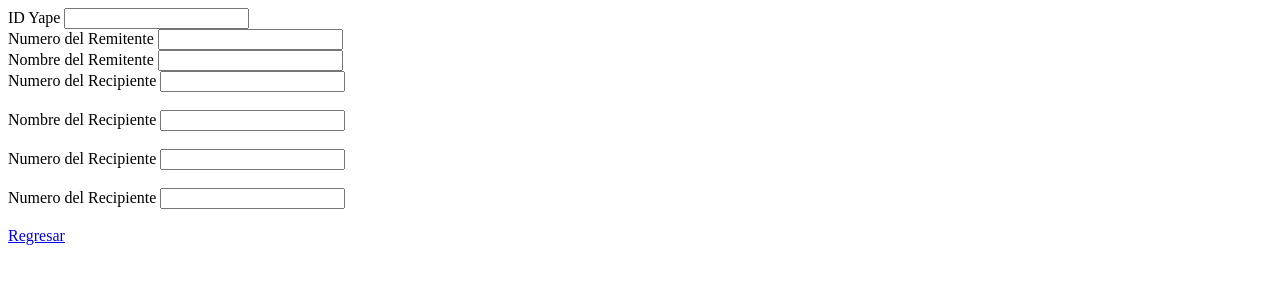
Repository: Gimblet/LP1_Proyecto_Yape
Page: http://localhost/Yape/YapeInfo.jsp
The author's editor kept a copy of each file at every save. The page is drawn from the files as they stood at one save, then again after a run of saves.
The browser window is 1280 px wide. The pictures show the whole page.
The page is served by Tomcat 9. Other server files are loaded and not shown.

Above is the page before, as saved 2024-04-20 17:31:47.

### Yape/src/main/webapp/YapeInfo.jsp
<%@page import="data.ClaseUtilitaria"%>
<%@ page language="java" contentType="text/html; charset=ISO-8859-1"
    pageEncoding="ISO-8859-1"%>
<%
	ClaseUtilitaria item = null;
	String status = "default";
	if(request.getAttribute("infoYape") != null) {
		item = (ClaseUtilitaria) request.getAttribute("infoYape");
		status = "Todo Bien Pa";
	} else {
		status = "uyuyuyuyuy";
	}
%>
<!DOCTYPE html>
<html>
<head>
<meta charset="ISO-8859-1">
<title>Informacion de Yape <%= status %></title>
</head>
<body>
	<form action="Servlet" method="post">
		<div class="form-group">
			<label class="text-secondary">ID Yape</label>
			<input class="form-control" type="text" name="txtYapeId" value="<%= (item != null)? item.getIdYape():"" %>">
		</div>
		<div class="form-group">
			<label class="text-secondary">Numero del Remitente</label>
			<input class="form-control" type="text" name="txtNumeroRemitente" value="<%= (item != null)? item.getNumeroRemitente():"" %>">
		</div>
		<div class="form-group">
			<label class="text-secondary">Nombre del Remitente</label>
			<input class="form-control" type="text" name="txtNombreRemitente" value="<%= (item != null)? item.getNombreRemitente():"" %>">
		</div>
		<div class="form-group">
			<label class="text-secondary">Numero del Recipiente</label>
			<input class="form-control" type="text" name="txtNumeroRecipiente" value="<%= (item != null)? item.getNumeroRecipiente():"" %>">
		</div>
		<br>
		<div class="form-group">
			<label class="text-secondary">Nombre del Recipiente</label>
			<input class="form-control" type="text" name="txtNombreRecipiente" value="<%= (item != null)? item.getNombreRecipiente():"" %>">
		</div>
		<br>
		<div class="form-group">
			<label class="text-secondary">Numero del Recipiente</label>
			<input class="form-control" type="text" name="txtDocente" value="<%= (item != null)? item.getNumeroRecipiente():"" %>">
		</div>
		<br>
		<div class="form-group">
			<label class="text-secondary">Numero del Recipiente</label>
			<input class="form-control" type="text" name="txtDocente" value="<%= (item != null)? item.getNumeroRecipiente():"" %>">
		</div>
		<br>
	</form>
	<a href="Servlet?type=listar" class="btn btn-primary">Regresar</a>
</body>
</html>

After the next 2 saves:
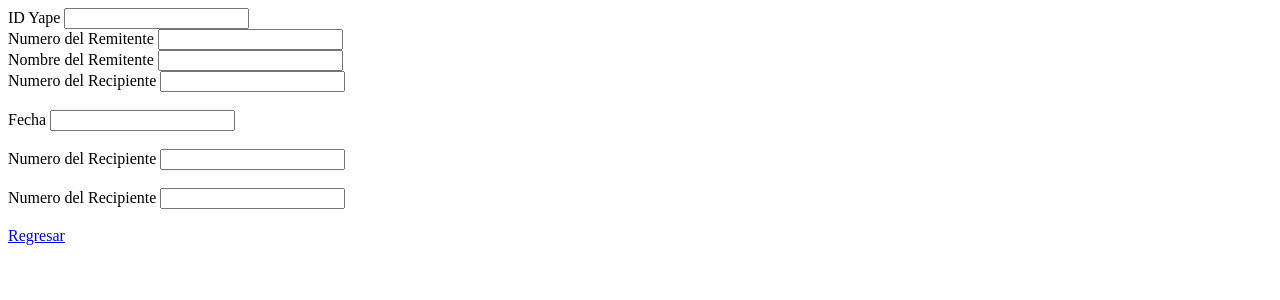
The 2 saves are shown as one change because they came seconds apart.
The last was saved 19 s later.
--- a/Yape/src/main/webapp/YapeInfo.jsp
+++ b/Yape/src/main/webapp/YapeInfo.jsp
@@ -37,8 +37,8 @@
 		</div>
 		<br>
 		<div class="form-group">
-			<label class="text-secondary">Nombre del Recipiente</label>
-			<input class="form-control" type="text" name="txtNombreRecipiente" value="<%= (item != null)? item.getNombreRecipiente():"" %>">
+			<label class="text-secondary">Fecha</label>
+			<input class="form-control" type="text" name="txtFecha" value="<%= (item != null)? item.getNombreRecipiente():"" %>">
 		</div>
 		<br>
 		<div class="form-group">
